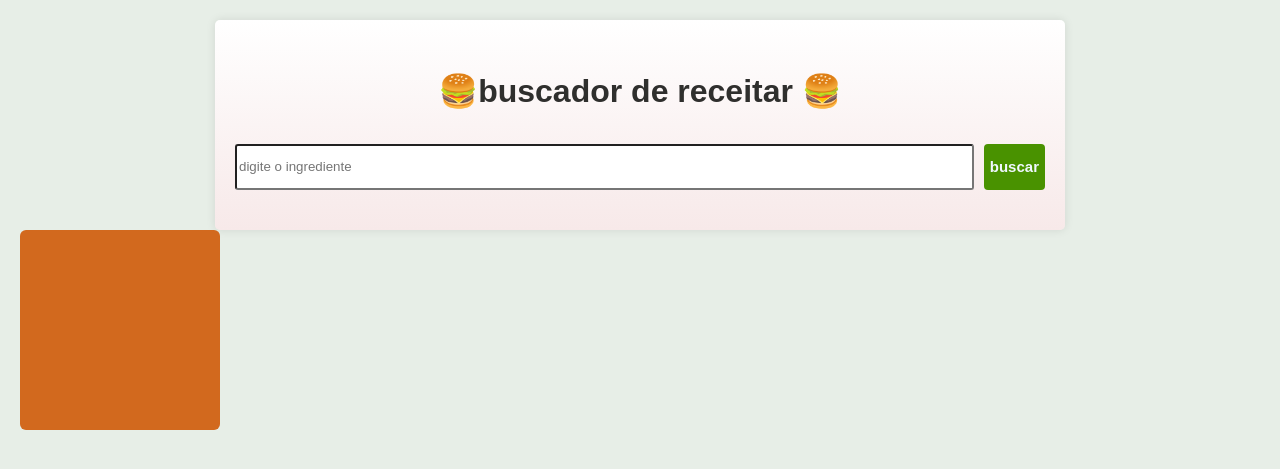
Repository: RoneT9/Receitas
Page: receita.html
These files come from the project's save history. The page is drawn as it stood at one moment and after the next save; the edit follows.
The browser window is 1280 px wide. The pictures show the whole page.

Above is the page before, as saved 2026-02-17 10:48:01.

### receita.html
<!doctype html>
<html lang="en">
  <head>
    <meta charset="UTF-8" />
    <meta name="viewport" content="width=device-width, initial-scale=1.0" />
    <link rel="stylesheet" href="receita.css" />
    <title>Document</title>
  </head>
  <body>
    <main class="container">
      <h1>buscador de receitar</h1>
      <form class="search-form">
        <input type="text" placeholder="digite o ingrediente" class="seach-ipunt" />
        <button class="btn" type="submit">buscar</button>
      </form>
      <div class="loading"></div>
      <div class="recipe-list"></div>
      <div class="recipe-details"></div>
    </main>

    <div class="element">
      <div class="items"></div>
    </div>
  </body>
  <script src="receita.js"></script>
</html>

### receita.css
body {
  margin: 0;
  padding: 20px;
  line-height: 1.9;
  font-family: sans-serif;
  background-color: rgb(231, 238, 231);
}

.container {
  width: 810px;
  background: linear-gradient(to top, rgb(247, 233, 233), white);
  margin: 0 auto;
  padding: 20px;
  box-shadow: 0 0 10px rgba(0, 0, 0, 0.1);
  border-radius: 5px;
}

h1 {
  color: rgb(47, 47, 45);
  text-align: center;
}

.search-form {
  display: flex;
  gap: 10px;
  margin-bottom: 20px;
}

.seach-ipunt {
  flex: 1;
  height: 28px;
  outline: none;
  border-radius: 3px;
  height: 40px;
}

.seach-ipunt:focus {
  background-color: rgb(221, 219, 217);
}

.btn {
  padding: 10px 20;
  background-color: rgb(73, 146, 0);
  cursor: pointer;
  border-radius: 4px;
  border: none;
  color: aliceblue;
  font-weight: 600;
  font-size: 15px;
  transition: 0.5s ease-out;
}

.btn:hover {
  background-color: rgb(94, 173, 14);
}

.btn:active {
  transform: scaleX(1.2);
}

h1::before {
  content: "🍔";
  color: brown;
}

h1::after {
  content: " 🍔";
  color: brown;
  object-fit: fill;
}

.recipe-card {
  border: 1px solid #decfcf;
  border-radius: 5px;
  text-align: center;
  cursor: pointer;
  transition: 0.05s;
  width: 400px;
}

.recipe-card img {
  margin: 30px;
  height: 200px;
  width: 250px;
  object-fit: cover;
  border-radius: 5px;
  box-shadow: 0 0 10px rgba(01, 10, 0, 0.1);
  transition: 02s;
}

img:hover {
  transform: scaleX(1.1);
  transform: scaleY(1.1);
}

.recipe-list {
  display: grid;
  grid-template-columns: repeat(auto-fill, minmax(200px, 1fr));
  gap: 3px;
}

.items {
  height: 200px;
  width: 200px;
  background-color: chocolate;
  border-radius: 6px;
}

### receita.js
//ALGORITMOS

//Saber quando o usuario clicou na receita
//Busca informaçães da receita individual na API
//Colocar a receita individualna tela

//Pegar a informação do input , quando o botão for clicado
const input = document.querySelector(".seach-ipunt");
const form = document.querySelector(".search-form");
const recipelist = document.querySelector(".recipe-list");
const recipeDetails = document.querySelector(".recipe-details");

form.addEventListener("submit", (e) => {
  e.preventDefault();
  const inputValue = e.target[0].value;
  seachRecipes(inputValue);
});

//Ir ate a API , trazer as receitas
async function seachRecipes(ingredient) {
  const response = await fetch(`https://www.themealdb.com/api/json/v1/1/filter.php?i=${ingredient}`);
  const data = await response.json();
  showRecipe(data.meals);
}

//Colocar as receitas na tela
function showRecipe(recipes) {
  recipelist.innerHTML = recipes
    .map(
      (item) =>
        `
    <div class ="recipe-card"onclick ="getRecipeDatails(${item.idMeal})">
    <img src = "${item.strMealThumb}" alt = "recipe-photo">
    <h3>${item.strMeal}</h3>
    </div>
    <br/>
    `,
    )
    .join("");
}
//saber quando o usuario clicou na receita
async function getRecipeDatails(id) {
  const response = await fetch(`https://www.themealdb.com/api/json/v1/1/lookup.php?i=${id}`);
  const data = await response.json();
  const recipe = data.meals[0];

  let ingredients = "";

  for (let i = 1; i <= 20; i++) {
    if (recipe[`strIngredient${i}`]) {
      ingredients += `<li>${recipe[`strIngredient${i}`]} - ${recipe[`strMeasure${i}`]}</li>`;
    } else {
      break;
    }
  }
  recipeDetails.innerHTML = `
  <h2></h2>
  <ul>${ingredients} </ul>`;
}

After the next save:
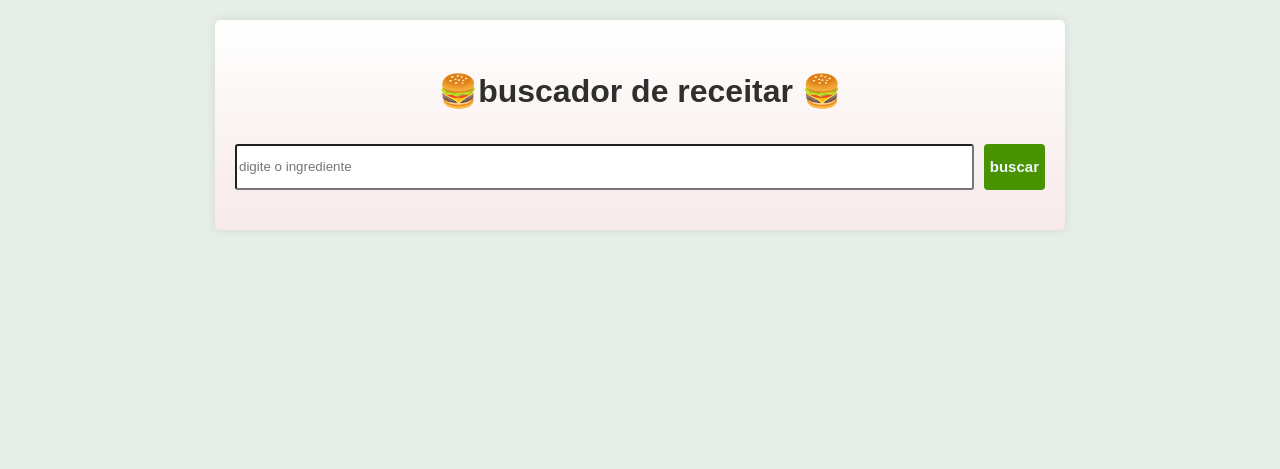
Saved 47 h 24 min later.
--- a/receita.css
+++ b/receita.css
@@ -98,10 +98,3 @@ img:hover {
   grid-template-columns: repeat(auto-fill, minmax(200px, 1fr));
   gap: 3px;
 }
-
-.items {
-  height: 200px;
-  width: 200px;
-  background-color: chocolate;
-  border-radius: 6px;
-}
